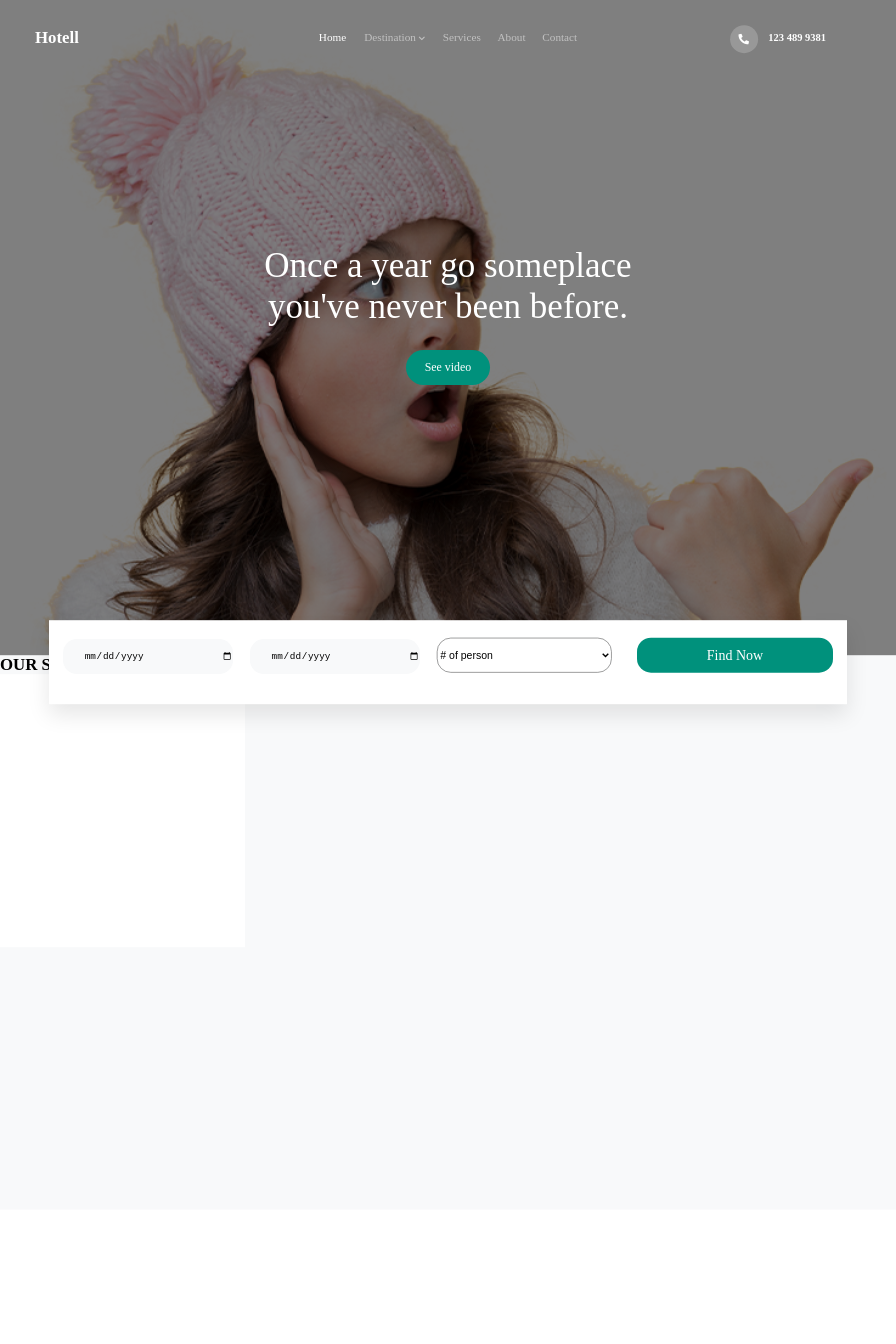
Repository: nhutduy0803/template1
Page: index.html
These files come from the project's save history. The page is drawn as it stood at one moment and after the next save; the edit follows.
The browser window is 1280 px wide. The pictures show the part of the page from y = 0 to 1920 px (the page is 5000 px tall), at 70% of full size.

Above is the page before, as saved 2021-11-28 13:03:21.

### index.html
<!DOCTYPE html>
<html lang="en">
  <head>
    <meta charset="UTF-8" />
    <meta http-equiv="X-UA-Compatible" content="IE=edge" />
    <meta name="viewport" content="width=device-width, initial-scale=1.0" />
    <title>TEMPLATE</title>
    <link rel="stylesheet" href="./assets/css/style.css" />
    <link
      rel="stylesheet"
      href="./assets/css/font/fontawesome-free-5.15.4-web/css/all.min.css"
    />
  </head>
  <body>
    <div id="main">
      <div class="slider">
        <div class="header">
          <h2>Hotell</h2>
          <div class="nav">
            <ul>
              <li>Home</li>
              <li>
                Destination
                <i class="fas fa-chevron-down"></i>
                <div class="subnav-one">
                  <ul class="sub-nav">
                    <span>Menu one</span>
                    <span>Menu two</span>
                    <span
                      >Dropdown <i class="fas fa-angle-right"></i>
                      <ul class="sub-nav-two">
                        <span>Menu one</span>
                        <span>Menu two</span>
                        <span>Menu three</span>
                      </ul>
                    </span>
                  </ul>
                </div>
              </li>
              <li>Services</li>
              <li>About</li>
              <li>Contact</li>
            </ul>
            <h3><i class="fas fa-phone-alt"></i> 123 489 9381</h3>
            <p>Once a year go someplace <br />you've never been before.</p>
            <a class="seevideo" href="#">See video</a>
          </div>
          <div class="modal-slider">
            <input type="date" name="" id="" />
            <input type="date" />
            <div class="select-person">
              <select id="number-of-person" class="form-control">
                <option value="#of person"># of person</option>
                <option value="0">0</option>
                <option value="1">1</option>
                <option value="2">2</option>
                <option value="3">3</option>
                <option value="4">4</option>
                <option value="5">5</option>
              </select>
            </div>
            <div class="find-now">Find Now</div>
          </div>
        </div>
        <!-- <img src="./assets/css/img/slider.webp" alt="" /> -->
      </div>
      <div class="card">
        <h2>OUR SERVICES</h2>
        <div class="card-children"></div>
      </div>
    </div>
  </body>
</html>

### assets/css/style.css
* {
  margin: 0;
  padding: 0;
  box-sizing: border-box;
}

#main {
  width: 100%;
  height: 5000px;
  background: #fff;
}
.header img {
  width: 100%;
  height: 100%;
}

.header {
  position: relative;
  width: 100%;
  height: 130vh;
  background: linear-gradient(rgba(0, 0, 0, 0.5), rgba(0, 0, 0, 0.5)),
    url("./img/slider.webp") top center / cover no-repeat;
}

.header h3 {
  position: absolute;
  top: 45px;
  right: 100px;
  color: #fff;
  font-size: 15px;
}

.header h2 {
  color: #fff;
  top: 40px;
  position: absolute;
  left: 50px;
}

.nav ul li {
  transition: 0.2s;
  margin: 0 10px;
  display: inline-block;
  color: rgba(221, 221, 221, 0.705);
}

.nav li:hover {
  transition: 0.2s;
  color: #fff;
}

.nav ul li:nth-child(1) {
  color: #fff;
}

.nav {
  padding-top: 45px;
  text-align: center;
}

ul .fa-chevron-down {
  font-size: 10px;
}

.nav ul li:nth-child(2) {
  position: relative;
  transition: 0.3s;
  margin: 0 -35px;
}

.nav ul li:nth-child(2):hover .sub-nav {
  opacity: 1;
  bottom: 10px;
}

.sub-nav {
  border-radius: 10px;
  background: #fff;
  height: 130px;
  width: 180px;
  position: absolute;
  color: #000;
  opacity: 0;
  transition: 0.3s;
  bottom: 0;
}

.subnav-one {
  position: relative;
  height: 150px;
  width: 180px;
}

.sub-nav span {
  padding-right: 70px;
  padding-top: 20px;
  display: block;
}

.sub-nav span:hover {
  color: #00917c;
  transition: 0.2s;
}

.sub-nav span .fa-angle-right {
  position: absolute;
  right: 20px;
}

.sub-nav span:nth-child(3) {
  position: relative;
}

.sub-nav span:nth-child(3):hover .sub-nav-two {
  opacity: 1;
  margin-top: -25px;
}

.sub-nav-two {
  margin-top: 0px;
  margin-left: 180px;
  background: #fff;
  height: 130px;
  width: 180px;
  position: absolute;
  border-radius: 10px;
  color: #000;
  opacity: 0;
  transition: 0.3s;
}

.fa-phone-alt {
  position: absolute;
  left: -55px;
  top: -9px;
  background: rgba(255, 255, 255, 0.2);
  border-radius: 50%;
  height: 40px;
  width: 40px;
  padding-top: 13px;
  color: #fff;
  transition: 0.2s;
  font-size: 15px;
}

.fa-phone-alt:hover {
  border: 2px solid #fff;
  transition: 0.2s;
}

.header p {
  transform: translate(-50%);
  left: 50%;
  color: #fff;
  position: absolute;
  top: 350px;
  font-size: 50px;
}

.seevideo {
  position: absolute;
  top: 500px;
  left: 50%;
  transform: translate(-50%);
  width: 120px;
  height: 50px;
  background: #00917c;
  color: #fff;
  border-radius: 25px;
  display: flex;
  justify-content: center;
  align-items: center;
  text-decoration: none;
  font-size: 17px;
}

.modal-slider {
  width: 1140px;
  height: 120px;
  background: #fff;
  position: absolute;
  bottom: -70px;
  left: 50%;
  transform: translate(-50%);
  box-shadow: 0 15px 30px 0 rgb(0 0 0 / 10%);
}

.modal-slider input {
  margin-top: 27px;
  margin-left: 50px;
  border-radius: 20px;
  background: #f8f9fa;
  padding-left: 30px;
  border: none;
  height: 50px;
  width: 243px;
}

.modal-slider ::-webkit-input-placeholder {
  color: rgba(0, 0, 0, 0.726);
  font-size: 15px;
}

.modal-slider .fa-calendar-alt {
  margin-left: -30px;
}

.modal-slider input {
  margin-left: 20px;
}

.date {
  position: absolute;
  top: 0px;
  width: 200px;
  height: 300px;
  background: #fff;
  z-index: 1;
}

.select-person {
  background: #f8f9fa;
  border-radius: 20px;
  height: 50px;
  width: 250px;
  display: inline-block;
  color: #000;
  margin-left: 20px;
}

.form-control {
  border-radius: 20px;
  background: #fff;
  height: 50px;
  width: 250px;
  color: #000;
  font-size: 15px;
}

.find-now {
  position: absolute;
  right: 20px;
  background: #00917c;
  border-radius: 20px;
  height: 50px;
  width: 280px;
  display: inline-block;
  display: flex;
  justify-content: center;
  align-items: center;
  color: #fff;
  top: 25px;
  font-size: 20px;
}

.find-now:active {
  border: 3px solid #3cc7b2;
}

.card {
  height: 110vh;
  width: 100%;
  background: #f8f9fa;
}

/* .card h2 {
  font-weight: 700;
  margin-left: 80px;
  margin-top: 190px;
  font-size: 25px;
  color: #00917c;
} */

.card-children {
  background: #fff;
  height: 390px;
  width: 350px;
}

Loaded but not shown: assets/css/font/fontawesome-free-5.15.4-web/css/all.min.css (library)

After the next save:
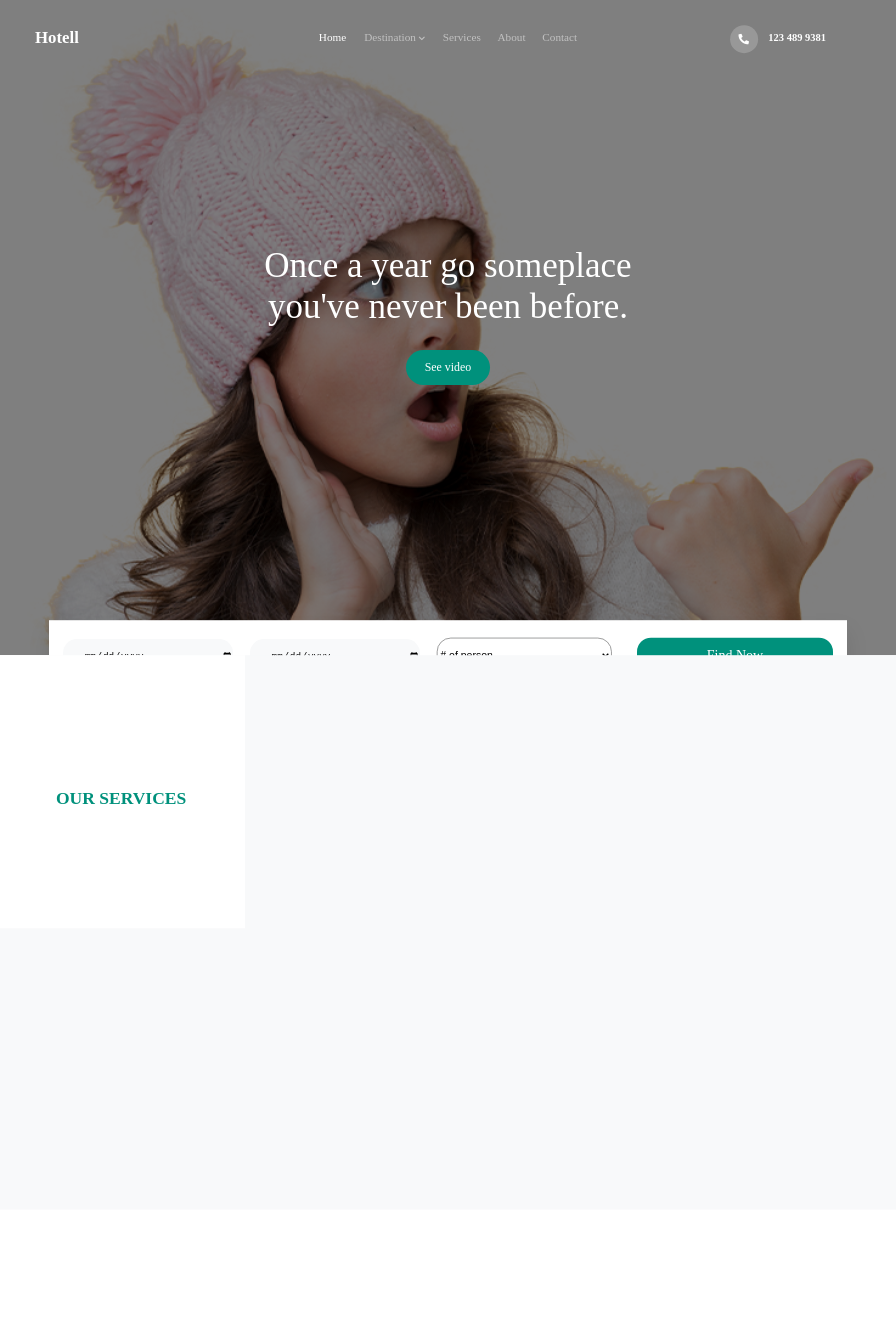
Saved 26 s later.
--- a/assets/css/style.css
+++ b/assets/css/style.css
@@ -261,15 +261,17 @@ ul .fa-chevron-down {
   height: 110vh;
   width: 100%;
   background: #f8f9fa;
-}
-
-/* .card h2 {
+  position: relative;
+}
+
+.card h2 {
   font-weight: 700;
-  margin-left: 80px;
-  margin-top: 190px;
+  position: absolute;
+  left: 80px;
+  top: 190px;
   font-size: 25px;
   color: #00917c;
-} */
+}
 
 .card-children {
   background: #fff;
